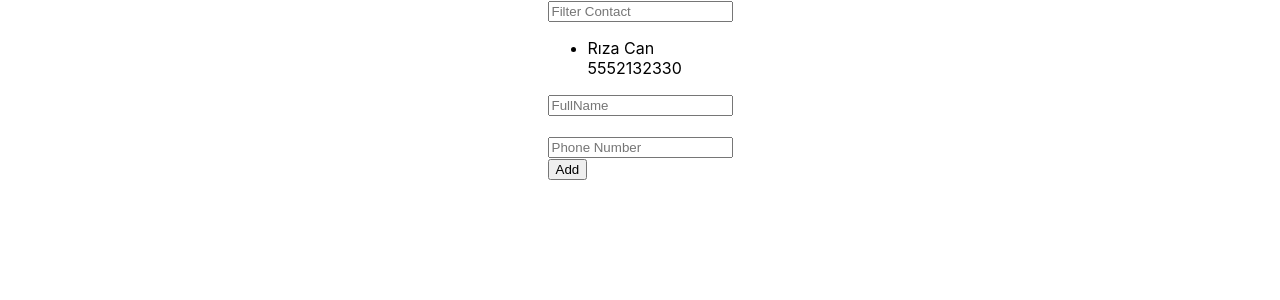
Repository: rizacantire/patika-react
Page: / (app in hello/)
An editor plug-in stored every save of this project. The page is shown before and after the next save, followed by the edit.
The browser window is 1280 px wide. The pictures show the whole page.
The project was rebuilt for these pictures with package versions that can differ from the ones it lists, and the page was loaded fresh each time.

Above is the page before, as saved 2021-12-14 14:51:29.

After the next save:
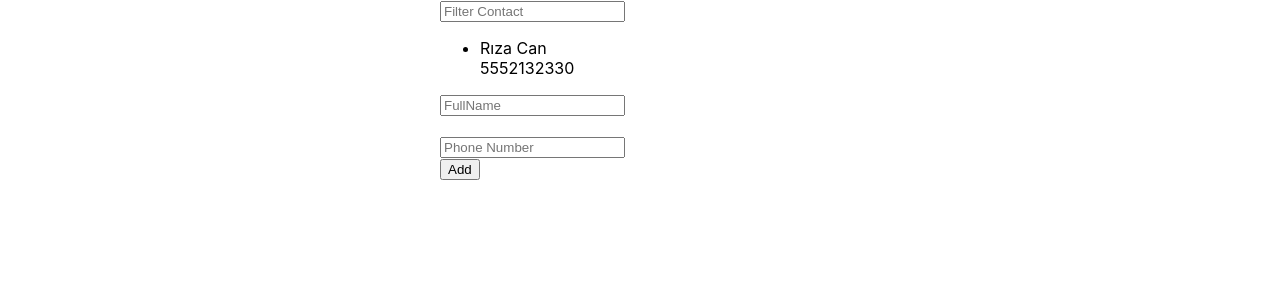
Saved 16 s later.
--- a/hello/src/App.css
+++ b/hello/src/App.css
@@ -4,3 +4,7 @@
   align-items: center;
 
 }
+
+#container{
+  width: 400px;
+}
